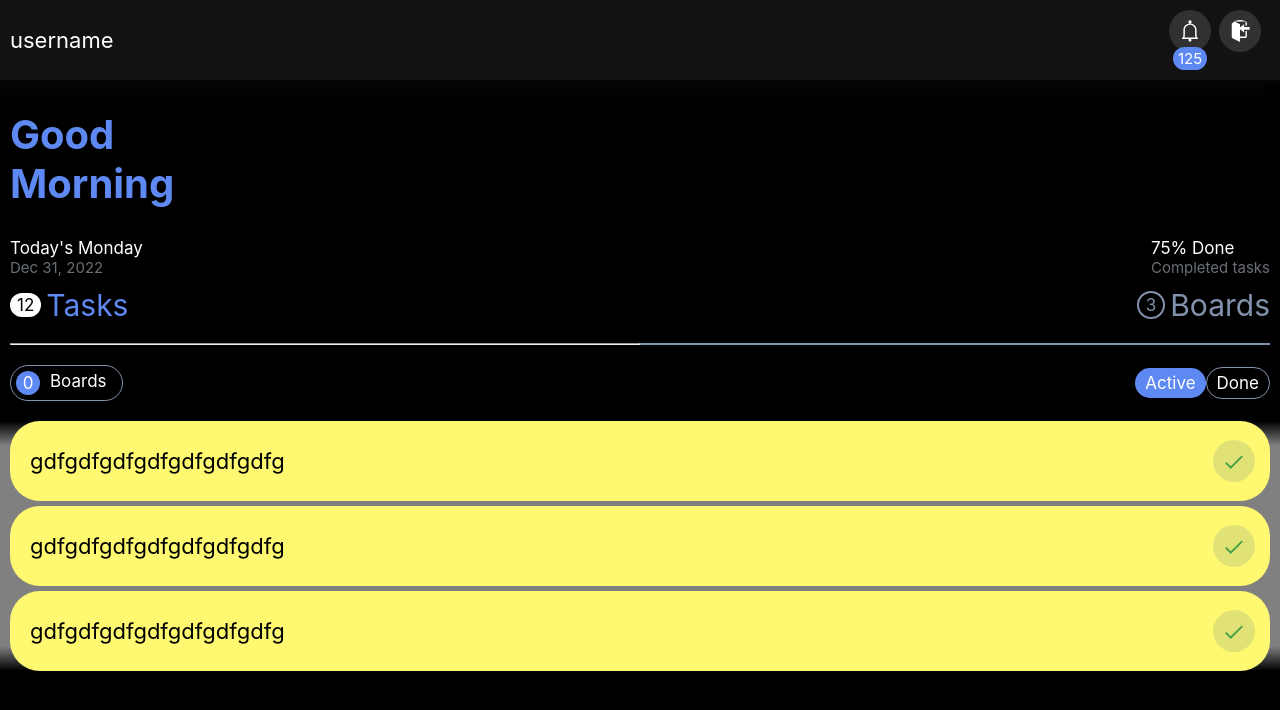
Repository: ShindanoSingi/todo-app
Page: /
An editor plug-in stored every save of this project. The page is shown before and after the next save, followed by the edit.
The browser window is 1280 px wide. The pictures show the whole page.
The project was rebuilt for these pictures with package versions that can differ from the ones it lists, and the page was loaded fresh each time. Also part of the build but not shown: src/pages/LandingPage.js.

Above is the page before, as saved 2023-01-01 19:25:45.

After the next save:
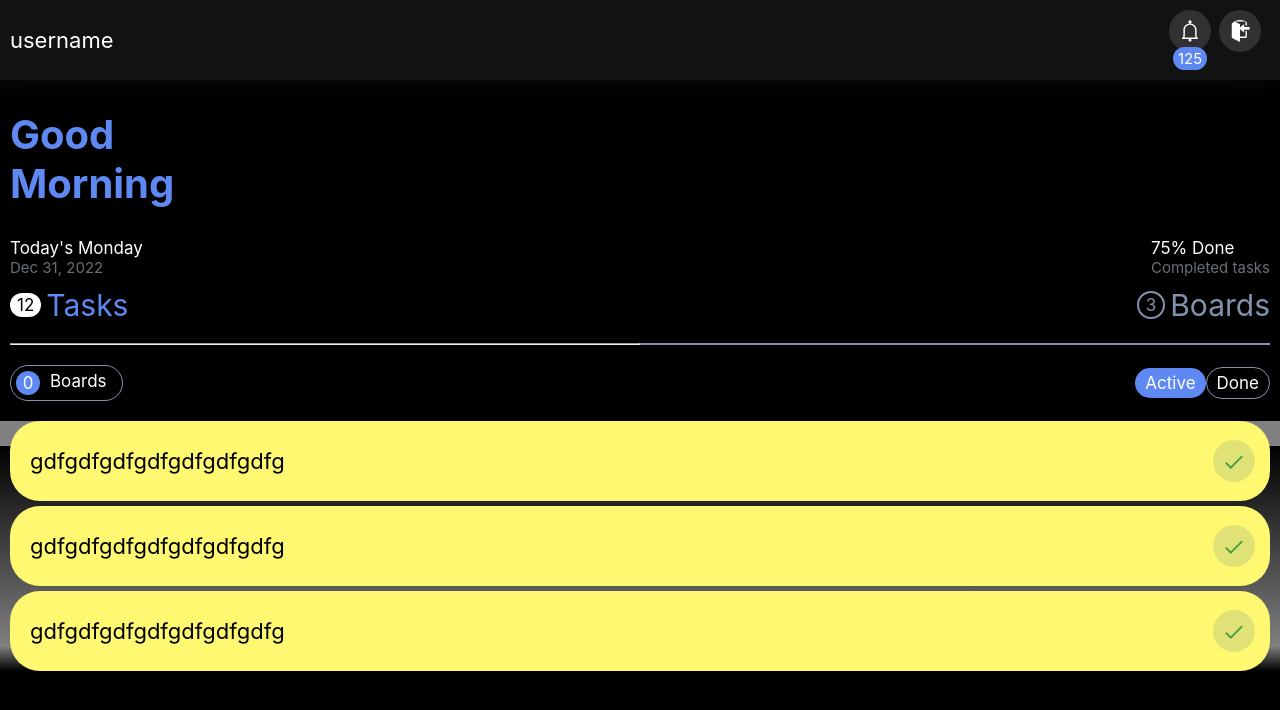
Saved 47 s later.
--- a/src/index.css
+++ b/src/index.css
@@ -260,8 +260,8 @@ h2 {
   max-height: 250px;
   overflow-y: scroll;
   background-image: linear-gradient(
+    gray 10%,
     rgba(0, 0, 0, 0) 0%,
-    gray 10%,
     gray 90%,
     rgba(0, 0, 0, 0)
   );
